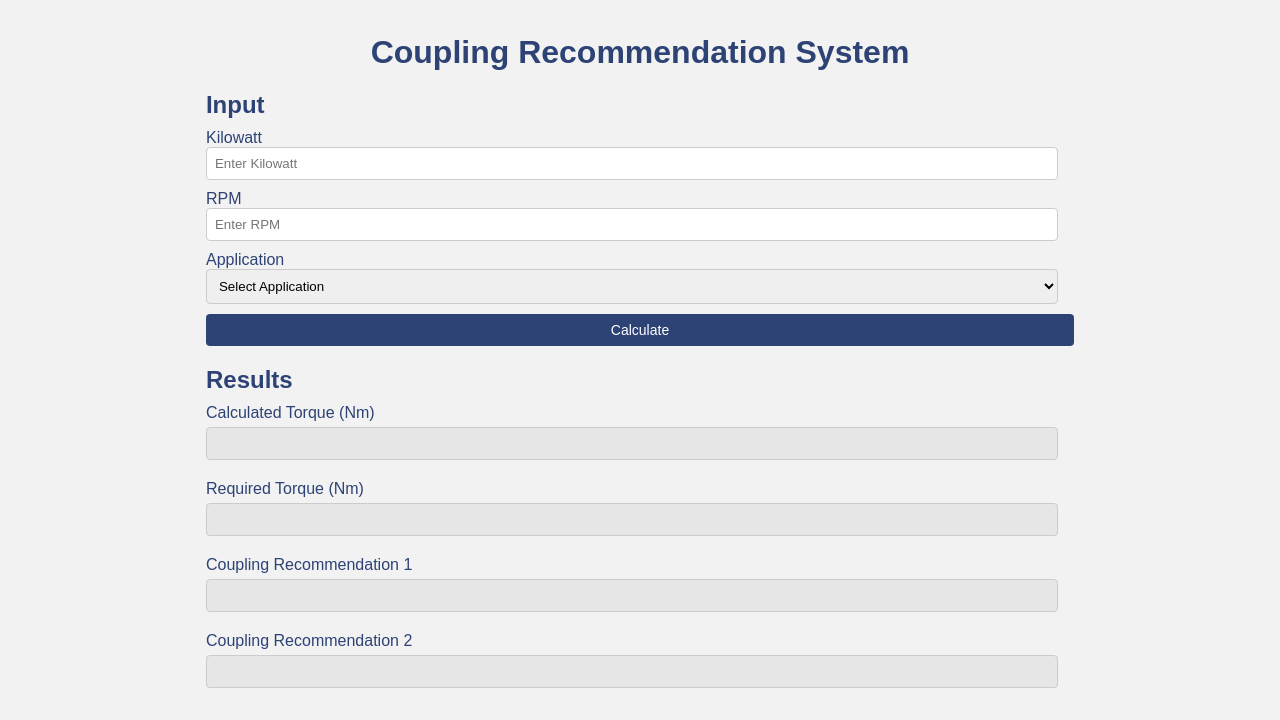
Repository: JustinSadie/calculator
Page: newIndex.html
The author's editor kept a copy of each file at every save. The page is drawn from the files as they stood at one save, then again after the next save.
The browser window is 1280 px wide. The pictures show the whole page.

Above is the page before, as saved 2024-08-25 15:39:41.

After the next save:
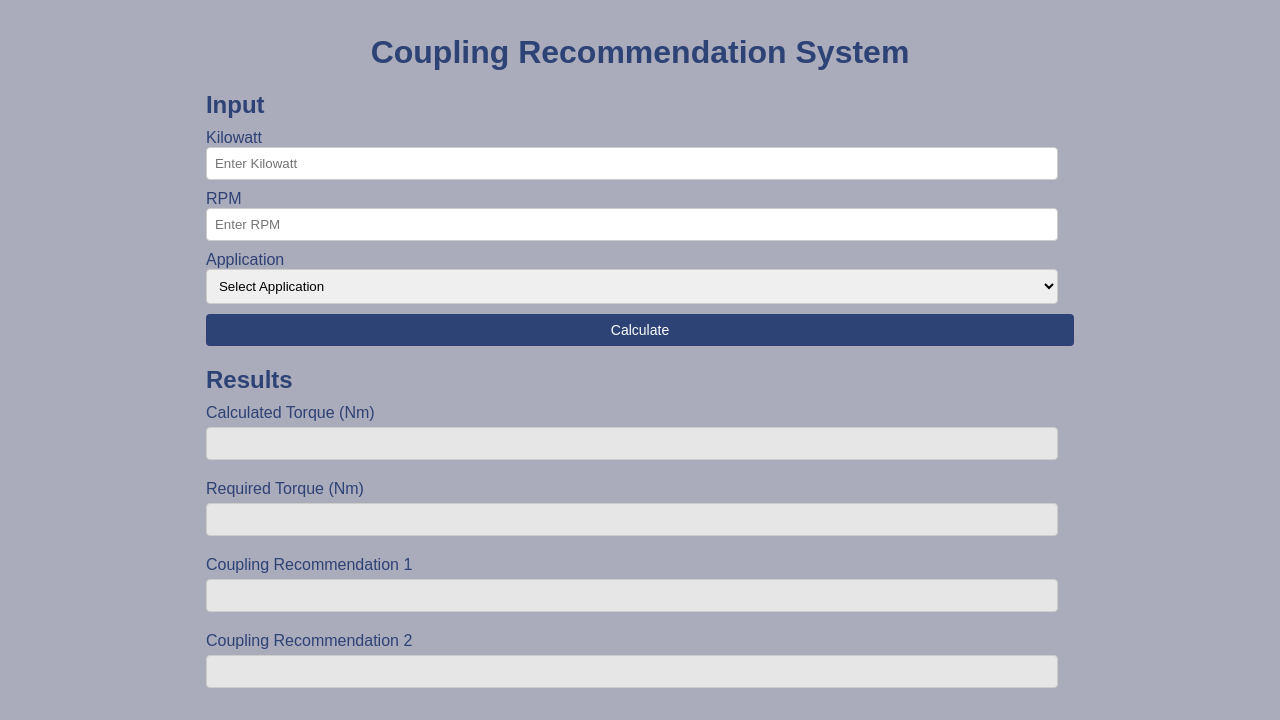
Saved 72 s later.
--- a/newCSS.css
+++ b/newCSS.css
@@ -3,7 +3,7 @@
   font-family: Arial, sans-serif;
   margin: 0;
   padding: 0;
-  background-color: #f2f2f2;
+  background-color: #aaabbb;
   color: #2d4275;
   display: flex;
   justify-content: center;

After the save that followed:
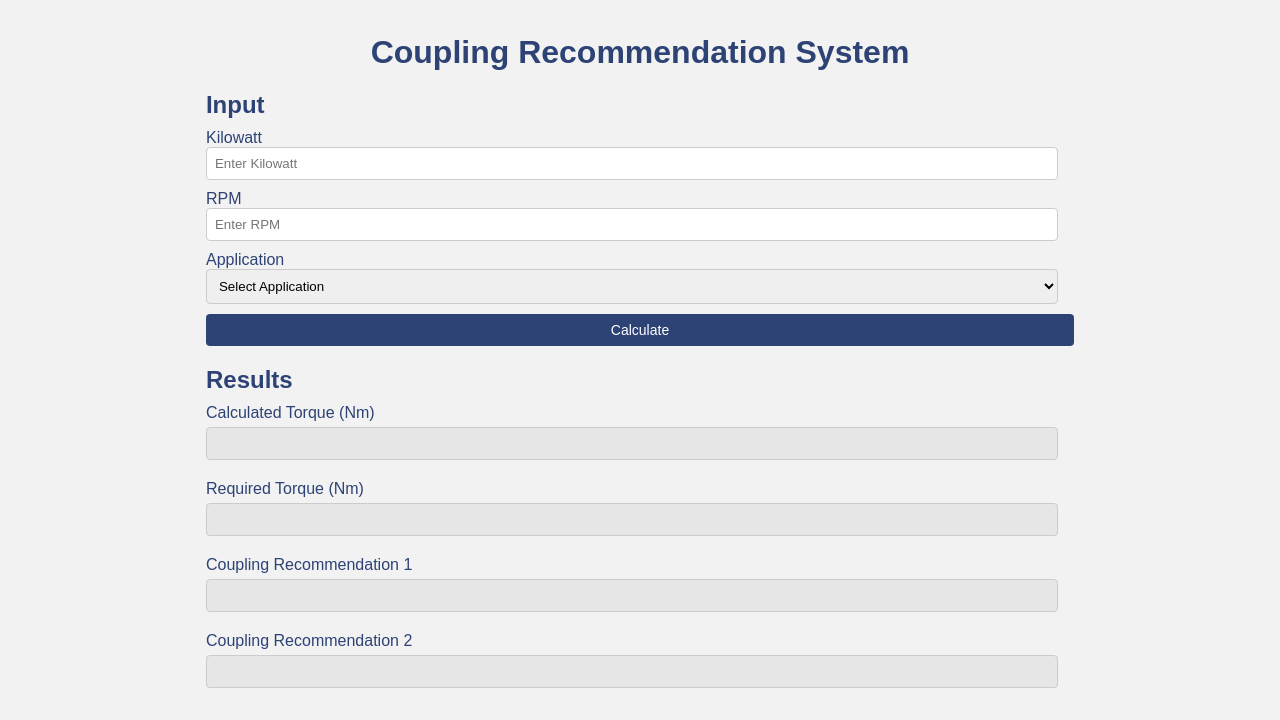
Saved 18 s later.
--- a/newCSS.css
+++ b/newCSS.css
@@ -3,7 +3,7 @@
   font-family: Arial, sans-serif;
   margin: 0;
   padding: 0;
-  background-color: #aaabbb;
+  background-color: #f2f2f2;
   color: #2d4275;
   display: flex;
   justify-content: center;
